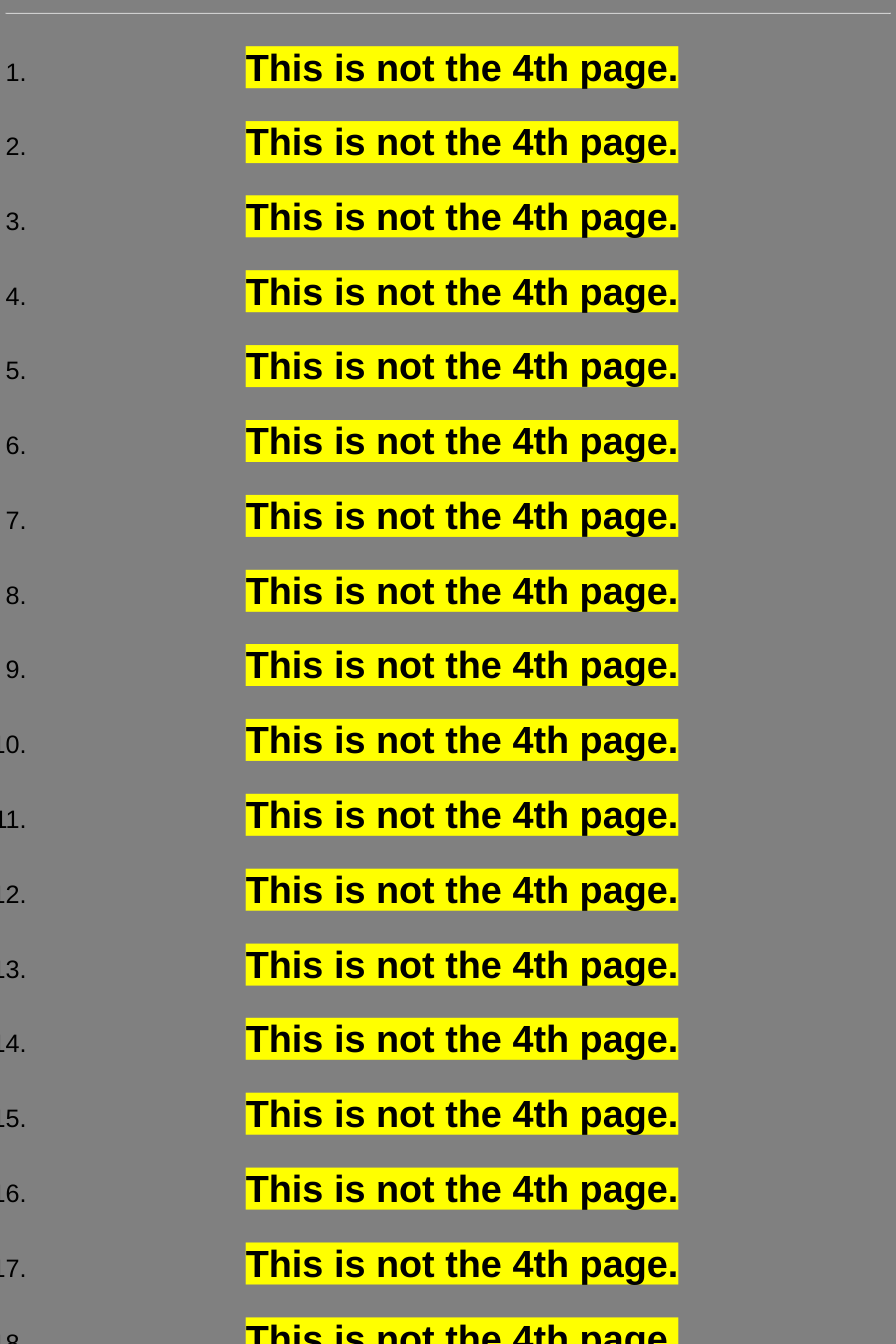
Repository: yiy225/yiy225.github.io
Page: page 4.1.html
The author's editor kept a record of every edit. The page is drawn from the files as they stood at one moment, then again after the next edit.
The browser window is 1280 px wide. The pictures show the part of the page from y = 0 to 1920 px (the page is 5212 px tall before and 4360 px after), at 70% of full size.

Above is the page before.

### page 4.1.html
<!DOCTYPE html>
<html>
    <head>
        <title>4.1 page</title>
        <link href="styles.css" rel="stylesheet">
    </head>
<body bgcolor=#0000FF>
        <hr />
        <ol>
        <li><center><h2><mark>This is not the 4th page.</mark></font></h2></center></li>
        <li><center><h2><mark>This is not the 4th page.</mark></font></h2></center></li>
        <li><center><h2><mark>This is not the 4th page.</mark></font></h2></center></li>
        <li><center><h2><mark>This is not the 4th page.</mark></font></h2></center></li>
        <li><center><h2><mark>This is not the 4th page.</mark></font></h2></center></li>
        <li><center><h2><mark>This is not the 4th page.</mark></font></h2></center></li>
        <li><center><h2><mark>This is not the 4th page.</mark></font></h2></center></li>
        <li><center><h2><mark>This is not the 4th page.</mark></font></h2></center></li>
        <li><center><h2><mark>This is not the 4th page.</mark></font></h2></center></li>
        <li><center><h2><mark>This is not the 4th page.</mark></font></h2></center></li>
        <li><center><h2><mark>This is not the 4th page.</mark></font></h2></center></li>
        <li><center><h2><mark>This is not the 4th page.</mark></font></h2></center></li>
        <li><center><h2><mark>This is not the 4th page.</mark></font></h2></center></li>
        <li><center><h2><mark>This is not the 4th page.</mark></font></h2></center></li>
        <li><center><h2><mark>This is not the 4th page.</mark></font></h2></center></li>
        <li><center><h2><mark>This is not the 4th page.</mark></font></h2></center></li>
        <li><center><h2><mark>This is not the 4th page.</mark></font></h2></center></li>
        <li><center><h2><mark>This is not the 4th page.</mark></font></h2></center></li>
        <li><center><h2><mark>This is not the 4th page.</mark></font></h2></center></li>
        <li><center><h2><mark>This is not the 4th page.</mark></font></h2></center></li>
        <li><center><h2><mark>This is not the 4th page.</mark></font></h2></center></li>
        <li><center><h2><mark>This is not the 4th page.</mark></font></h2></center></li>
        <li><center><h2><mark>This is not the 4th page.</mark></font></h2></center></li>
        <li><center><h2><mark>This is not the 4th page.</mark></font></h2></center></li>
        <li><center><h2><mark>This is not the 4th page.</mark></font></h2></center></li>
        <li><center><h2><mark>This is not the 4th page.</mark></font></h2></center></li>
        <li><center><h2><mark>This is not the 4th page.</mark></font></h2></center></li>
        <li><center><h2><mark>This is not the 4th page.</mark></font></h2></center></li>
        <li><center><h2><mark>This is not the 4th page.</mark></font></h2></center></li>
        <li><center><h2><mark>This is not the 4th page.</mark></font></h2></center></li>
        <li><center><h2><mark>This is not the 4th page.</mark></font></h2></center></li>
        <li><center><h2><mark>This is not the 4th page.</mark></font></h2></center></li>
        <li><center><h2><mark>This is not the 4th page.</mark></font></h2></center></li>
        <li><center><h2><mark>This is not the 4th page.</mark></font></h2></center></li>
        <li><center><h2><mark>This is not the 4th page.</mark></font></h2></center></li>
        <li><center><h2><mark>This is not the 4th page.</mark></font></h2></center></li>
        <li><center><h2><mark>This is not the 4th page.</mark></font></h2></center></li>
        <li><center><h2><mark>This is not the 4th page.</mark></font></h2></center></li>
        <li><center><h2><mark>This is not the 4th page.</mark></font></h2></center></li>
        <li><center><h2><mark>This is not the 4th page.</mark></font></h2></center></li>
        <li><center><h2><mark>This is not the 4th page.</mark></font></h2></center></li>
        <li><center><h2><mark>This is not the 4th page.</mark></font></h2></center></li>
        <li><center><h2><mark>This is not the 4th page.</mark></font></h2></center></li>
        <li><center><h2><mark>This is not the 4th page.</mark></font></h2></center></li>
        <li><center><h2><mark>This is not the 4th page.</mark></font></h2></center></li>
        <li><center><h2><mark>This is not the 4th page.</mark></font></h2></center></li>
        <li><center><h2><mark>This is not the 4th page.</mark></font></h2></center></li>
        <li><center><h2><mark>This is not the 4th page.</mark></font></h2></center></li>
        </ol>
        <hr />
    </body>
</html>

### styles.css
body {
    background-color: gray;
    font-size: 36px;
    font-family: Helvetica, Arial, sans-serif;
    text-align: right;
}

p {
    margin: 100px;
}

a:link {
    color: black;
}

a:hover {
     color: black;
}

.button {
	display: block;
	width: 250px;
	height: 250px;
	background-image: url('sprite.gif');
	background-repeat: no-repeat;
	overflow:hidden;
	text-indent:100%;
	white-space: nowrap;
}

.button:hover {
	background-position: -250px 0;
}

.button:active {
	background-position: -500px 0;
}

.canvas {
    width: 300px;
    height: 600px;
    background-color: black;
    position: relative;
}

.box {
    width: 20px;
    height: 100px;
    background-color: yellow;
    position: absolute;
    top: 40px;
    right: 20px;
}

.circle {
    width: 100px;
    height: 100px;
    border-radius: 100px;
    background-color: red;
    position: absolute;
    bottom:40px;
    left:30px;
}

### column.css
body {
    background-image:url(indexbg.png);
    background-repeat: repeat;
    color: #005757;
    font-size: 30px;
}

.canvas {
    width: 300px;
    height: 600px;
    background-color: black;
    position: relative;
}

.box {
    width: 20px;
    height: 100px;
    background-color: yellow;
    position: absolute;
    top: 40px;
    right: 20px;
}

.circle {
    width: 100px;
    height: 100px;
    border-radius: 100%;
    background-color: red;
    position: absolute;
    bottom: 40px;
    left: 30px;
}

.sprite {
    width: 200px;
    height: 200px;
    background-image: url(sprite.jpg);
    background-repeat: no-repeat;
    display: block;
    text-indent: 100%;
    white-space: nowrap;
    overflow: hidden;
}

.sprite:hover {
    background-position: -200px 0;
}

.sprite:active {
    background-position: -400px 0;
}

.wrapper {
    width: 400px;
}

.column {
    width: 160px;
    padding: 20px;
    float: right;
    height: 200px;
    overflow: auto;
}

.clear {
    clear: both;
}

.one {
    width: 200px;
    height: 200px;
    background-image:url(cat.jpg);
    background-repeat: no-repeat;
    background-attachment:fixed;
    background-position: 68% -5%;
    position: fixed;
    bottom: 20px;
    right: 100px;
    border-radius: 100%;
    border: solid #086A87 5px;
    cursor: pointer;
}

.one:hover {
    background-color: #58ACFA;
}

.two {
    width: 200px;
    height: 200px;
    background-image:url(cat.jpg);
    background-repeat: no-repeat;
    position: fixed;
    bottom: 200px;
    right: 200px;
    border-radius: 0%;
    border: solid #086A87 5px;
    cursor: pointer;
}

.two:hover {
    background-color: #58ACFA;
}

After the next edit:
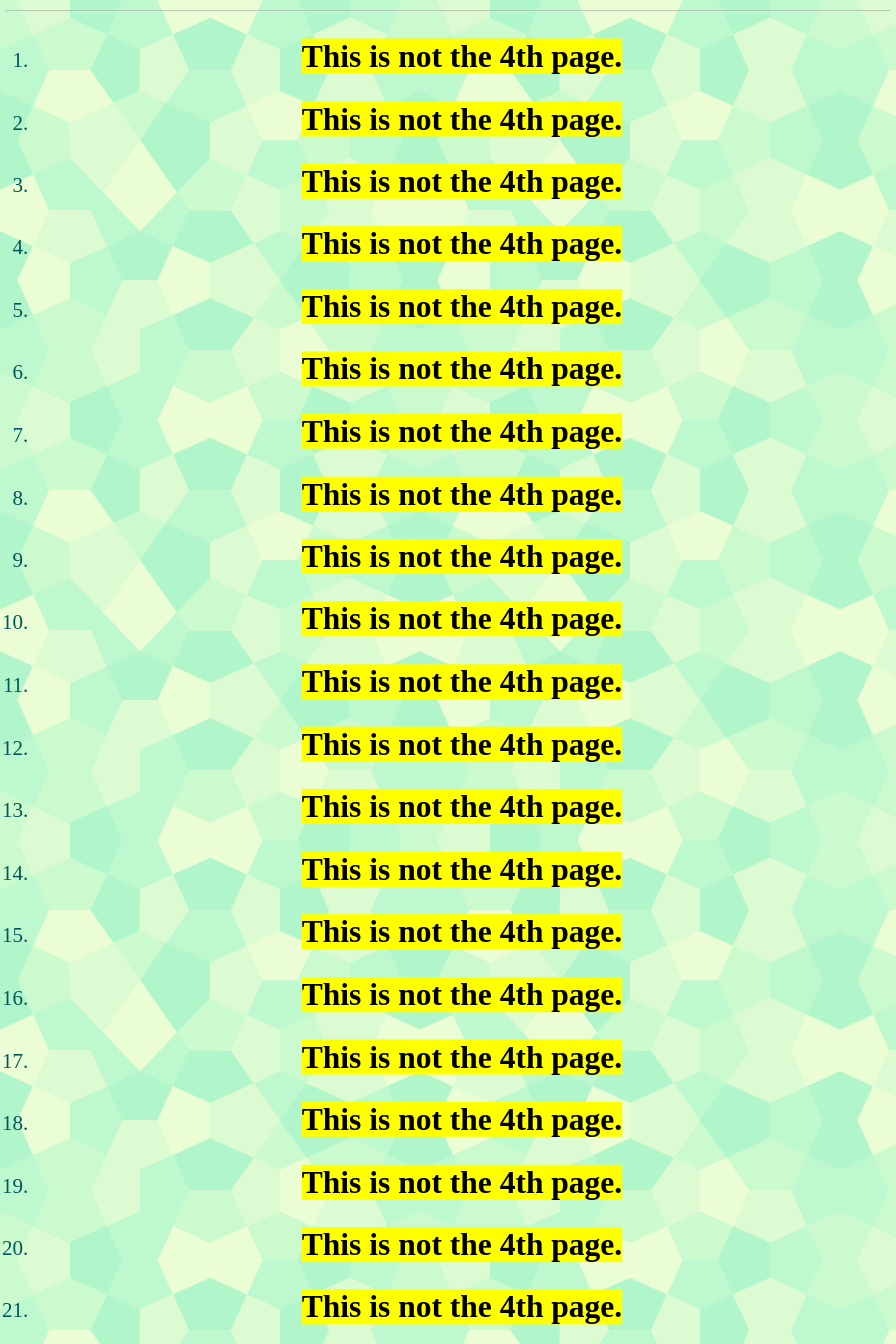
The edit:
--- a/page 4.1.html
+++ b/page 4.1.html
@@ -2,7 +2,7 @@
 <html>
     <head>
         <title>4.1 page</title>
-        <link href="styles.css" rel="stylesheet">
+        <link href="column.css" rel="stylesheet">
     </head>
 <body bgcolor=#0000FF>
         <hr />
